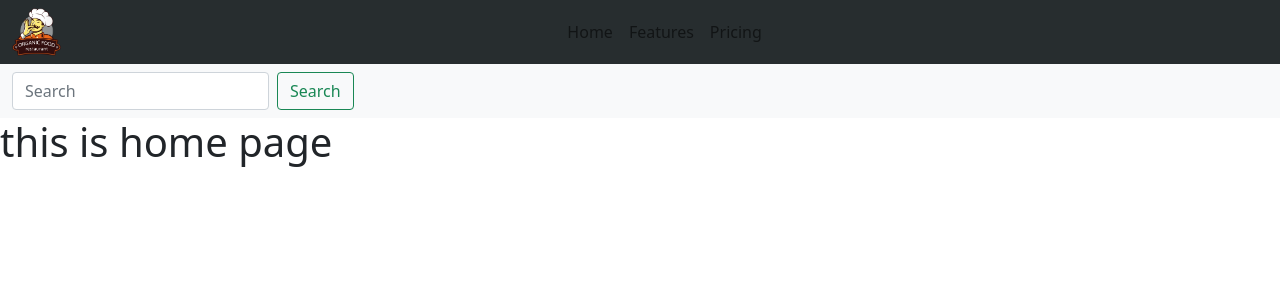
Repository: mdrubel02/organic-food-restaurnat
Page: /
The author's editor kept a copy of each file at every save. The page is drawn from the files as they stood at one save, then again after the next save.
The browser window is 1280 px wide. The pictures show the whole page.
The project was rebuilt for these pictures with package versions that can differ from the ones it lists, and the page was loaded fresh each time.

Above is the page before, as saved 2022-07-02 16:06:29.

### src/index.css
@import url('https://fonts.googleapis.com/css2?family=Poppins:wght@300;400;500;600&display=swap');

* {
    margin: 0;
    padding: 0;
    border: 0;
    outline: 0;
    box-sizing: border-box;
    list-style: none;
    text-decoration: none;
}

:root {
    --color-bg: #272D2F;
    --color-bg-variant: #ffec78;
    --color-primary: #eb671b;
    --color-primary-variant: #310e0e;

    --transition: all 400ms ease;
}

body {
    font-family: 'Poppins', sans-serif;
}

h1,
h2,
h3,
h4,
h5,
h6 {
    font-weight: 500;
}

a {
    color: var(--color-primary);
    transition: var(--transition);
}

a:hover {
    color: var(--color-white);
}

.button {
    text-align: center;
    width: max-content;
    display: inline-block;
    color: var(--color-primary);
    padding: 0.75rem 1.2rem;
    border-radius: 0.4rem;
    border: 1px solid var(--color-primary);
    transition: var(--transition);
}

.button:hover {
    background: var(--color-white);
    color: var(--color-bg);
    border-color: transparent;
}

.button-primary {
    background: var(--color-primary);
    color: var(--color-bg);
}

img {
    display: block;
    width: 100%;
    object-fit: cover;
}

### src/App.js
import { Route, Routes } from "react-router-dom";
import HeaderOne from "./Components/Header/HeaderOne.js";
import HeaderTwo from "./Components/Header/HeaderTwo.js";
import Home from "./Components/Home/Home";


function App() {
  return (
    <div>
      <HeaderOne />
      <HeaderTwo />
      <Routes>
        <Route path="/" element={<Home />} />
      </Routes>
    </div>
  );
}

export default App;

### src/Components/Header/HeaderOne.js
import React from 'react';
import './HeaderOne.css'
import Container from 'react-bootstrap/Container';
import { Navbar, Nav } from 'react-bootstrap';
import logo from '../../Accets/restaurant logo.png'
import { Link } from 'react-router-dom';

const HeaderOne = () => {
    return (
        <Navbar className='one'>
            <Container fluid>
                <Link to='/'>
                    <img className='logo img' src={logo} alt="" />
                </Link>
                <Nav className="mx-auto">
                    <Nav.Link href="#home">Home</Nav.Link>
                    <Nav.Link href="#features">Features</Nav.Link>
                    <Nav.Link href="#pricing">Pricing</Nav.Link>
                </Nav>
            </Container>
        </Navbar>
    );
};

export default HeaderOne;

### src/Components/Header/HeaderTwo.js
import React from 'react';
import { Button, Container, Form, Nav, Navbar, NavDropdown } from 'react-bootstrap';
import Avatar from 'react-avatar';

const HeaderTwo = () => {
    return (
        <Navbar bg="light" expand="lg">
            <Container fluid>
                <Form className="d-flex">
                    <Form.Control
                        type="search"
                        placeholder="Search"
                        className="me-2"
                        aria-label="Search"
                    />
                    <Button variant="outline-success">Search</Button>
                </Form>
                <Navbar.Toggle aria-controls="navbarScroll" />
                <Navbar.Collapse id="navbarScroll">
                    <Nav
                        className="me-auto my-2 my-lg-0"
                        style={{ maxHeight: '100px' }}
                        navbarScroll
                    >

                    </Nav>

                </Navbar.Collapse>
            </Container>
        </Navbar>
    );
};

export default HeaderTwo;

### src/Components/Home/Home.js
import React from 'react';

const Home = () => {
    return (
        <div>
            <h1>this is home page</h1>
        </div>
    );
};

export default Home;

### src/Components/Header/HeaderOne.css
.one{
    background-color: var(--color-bg);
}
.logo{
    height: 3rem;
}

Loaded but not shown: public/index.html (common file); src/index.js (common file); src/reportWebVitals.js (common file)

After the next save:
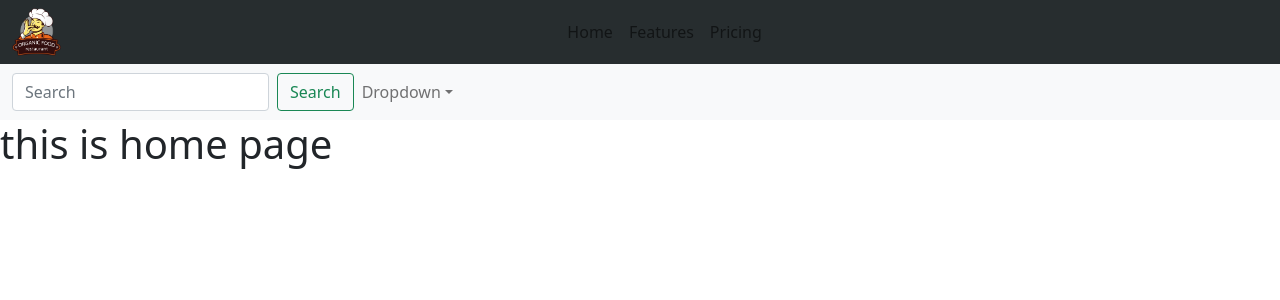
Saved 4 min 20 s later.
--- a/src/Components/Header/HeaderTwo.js
+++ b/src/Components/Header/HeaderTwo.js
@@ -1,6 +1,7 @@
 import React from 'react';
 import { Button, Container, Form, Nav, Navbar, NavDropdown } from 'react-bootstrap';
 import Avatar from 'react-avatar';
+import logo from '../../Accets/restaurant logo.png'
 
 const HeaderTwo = () => {
     return (
@@ -22,7 +23,17 @@ const HeaderTwo = () => {
                         style={{ maxHeight: '100px' }}
                         navbarScroll
                     >
-
+                        <NavDropdown title="Dropdown" id="basic-nav-dropdown">
+                            <NavDropdown.Item href="#action/3.1">Action</NavDropdown.Item>
+                            <NavDropdown.Item href="#action/3.2">
+                                Another action
+                            </NavDropdown.Item>
+                            <NavDropdown.Item href="#action/3.3">Something</NavDropdown.Item>
+                            <NavDropdown.Divider />
+                            <NavDropdown.Item href="#action/3.4">
+                                Separated link
+                            </NavDropdown.Item>
+                        </NavDropdown>
                     </Nav>
 
                 </Navbar.Collapse>
